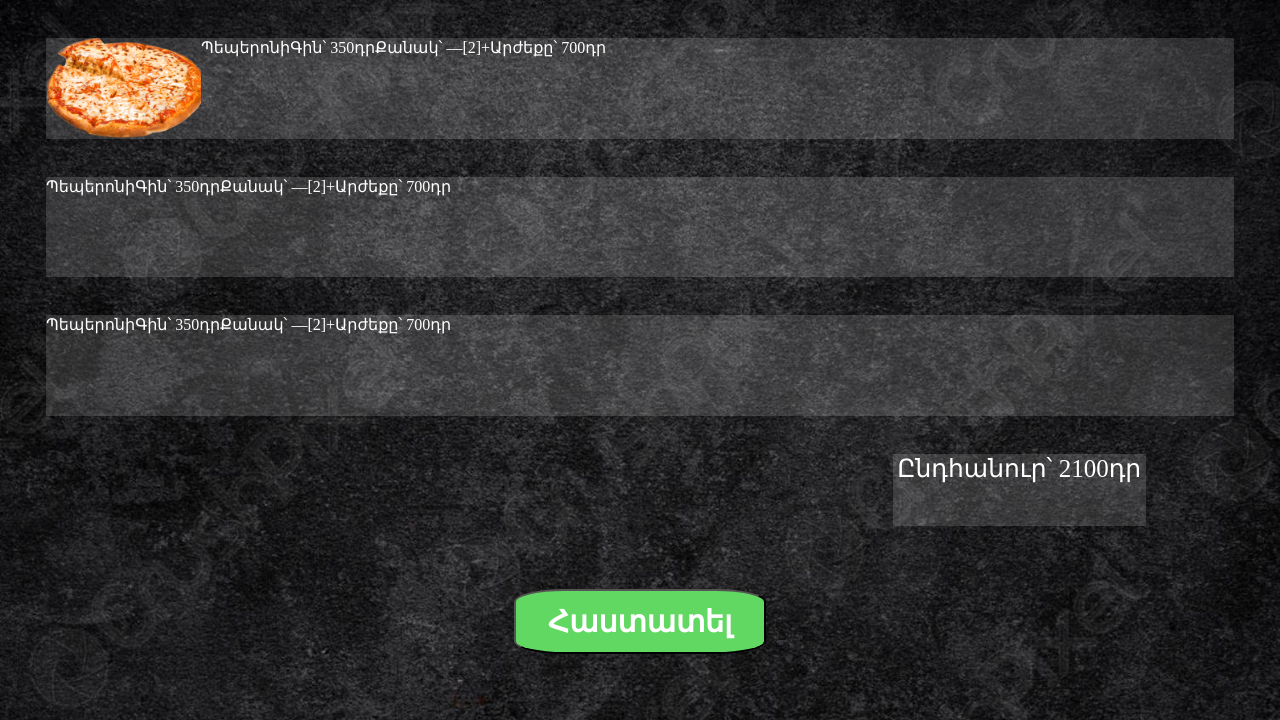
Repository: NarekTovmasyan/PizzaManue
Page: public/basket.html
The author's editor kept a copy of each file at every save. The page is drawn from the files as they stood at one save, then again after the next save.
The browser window is 1280 px wide. The pictures show the whole page.

Above is the page before, as saved 2022-01-20 14:54:35.

### public/basket.html
<!DOCTYPE html>
<html lang="en">
<head>
    <meta charset="UTF-8">
    <meta http-equiv="X-UA-Compatible" content="IE=edge">
    <meta name="viewport" content="width=device-width, initial-scale=1.0">
    <link rel="stylesheet" href="basket.css">
    <title>BASKET</title>

</head>
<body>
    <div class= "main">
        <div class ="prop">
            <div class="pizza1Img"></div>
            <div>Պեպերոնի</div>
            <div>Գին՝ 350դր</div>
            <div>Քանակ՝ —[2]+ </div>
            <div>Արժեքը՝ 700դր</div>
            <div></div>
         </div>
        <div class ="prop">
            <div class="pizza2Img"></div>
            <div>Պեպերոնի</div>
            <div>Գին՝ 350դր</div>
            <div>Քանակ՝ —[2]+ </div>
            <div>Արժեքը՝ 700դր</div>
            <div></div>
        </div>
        <div class ="prop">
            <div class="pizza3Img"></div>
            <div>Պեպերոնի</div>
            <div>Գին՝ 350դր</div>
            <div>Քանակ՝ —[2]+ </div>
            <div>Արժեքը՝ 700դր</div>
            <div></div>
        </div>
        <div class ="sum">Ընդհանուր՝ 2100դր</div>
         <button class = "confirm">Հաստատել</button>
    </div>
</body>
</html>

### public/basket.css
body {
    background-image: url(./images/background.jpg);
    background-repeat: no-repeat;
    background-size: cover;
  }
 .main{
      width: 100%;
      height: 80vh;
}
.prop{
  background-color: rgba(255, 255, 255, 0.144) ;
  width: 94%;
  height: 14vh;
  margin-top: 3%;
  margin-left: 3%;
  display: flex;
  flex-direction:row;

  color:white ;
}
/*.prop > div{
     background-color: yellow;
     width: 20%;
}*/
 .prop > div{

    justify-content: center;
 }
.sum{
    background-color: rgba(255, 255, 255, 0.144) ;
    width: 20%;
    height: 10vh;
    margin-top: 3%;
    margin-left: 70%;
    font-size: 25px;
    font-weight: 500;
    text-align:center;
    color:white;
}

.confirm{
    background-color:rgb(97, 216, 97);
    height: 9vh;
    width: 20%;
    border-radius:20%;
    text-align:center;
    font-size: 30px;
    font-weight: 700;
    margin-left:40%;
    margin-top: 5%;
    color:white;
    cursor: pointer;
}
.confirm:hover {
    background-color: rgb(216, 250, 216);
    color: black
  }
.pizza1Img{
    background-image: url(./images/pizza1.png);
    height:100px;
    width: 155px;
    background-size: cover;
}

After the next save:
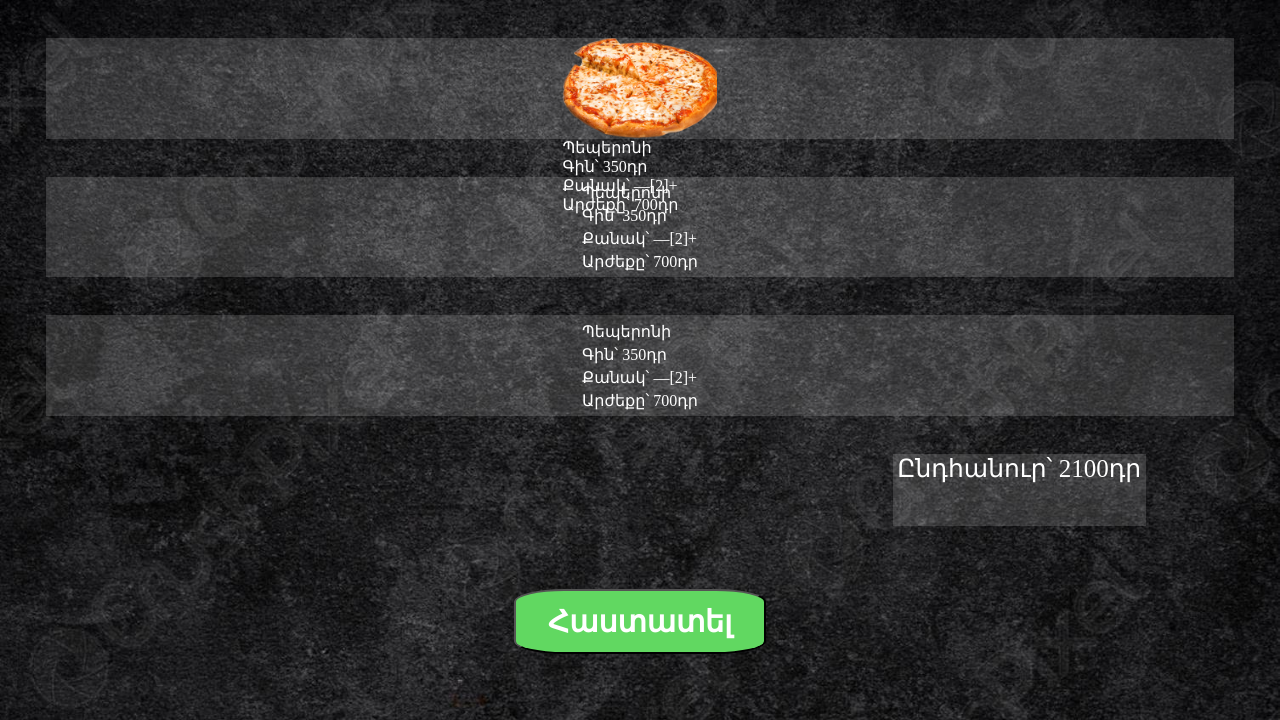
Saved 3 min 49 s later.
--- a/public/basket.css
+++ b/public/basket.css
@@ -13,9 +13,11 @@ body {
   height: 14vh;
   margin-top: 3%;
   margin-left: 3%;
-  display: flex;
-  flex-direction:row;
-
+  display: grid;
+  grid-template-columns: 6 , 1fr;
+  column-gap: 70px;
+  justify-content: center;
+  align-items: center;
   color:white ;
 }
 /*.prop > div{
@@ -23,8 +25,6 @@ body {
      width: 20%;
 }*/
  .prop > div{
-
-    justify-content: center;
  }
 .sum{
     background-color: rgba(255, 255, 255, 0.144) ;
